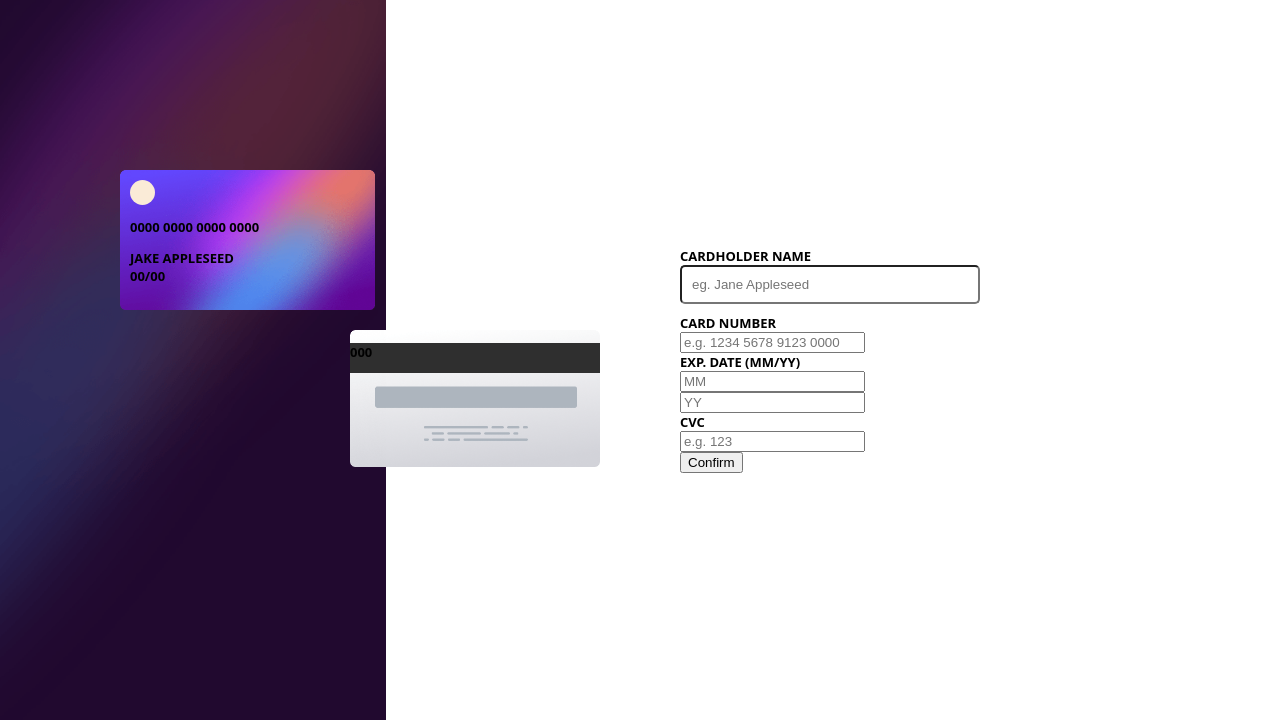
Repository: Celebration-cloud/my-project
Page: interactive-card-details-form-main/index.html
An editor plug-in stored every save of this project. The page is shown before and after the next save, followed by the edit.
The browser window is 1280 px wide. The pictures show the whole page.

Above is the page before, as saved 2023-08-23 00:52:30.

After the next save:
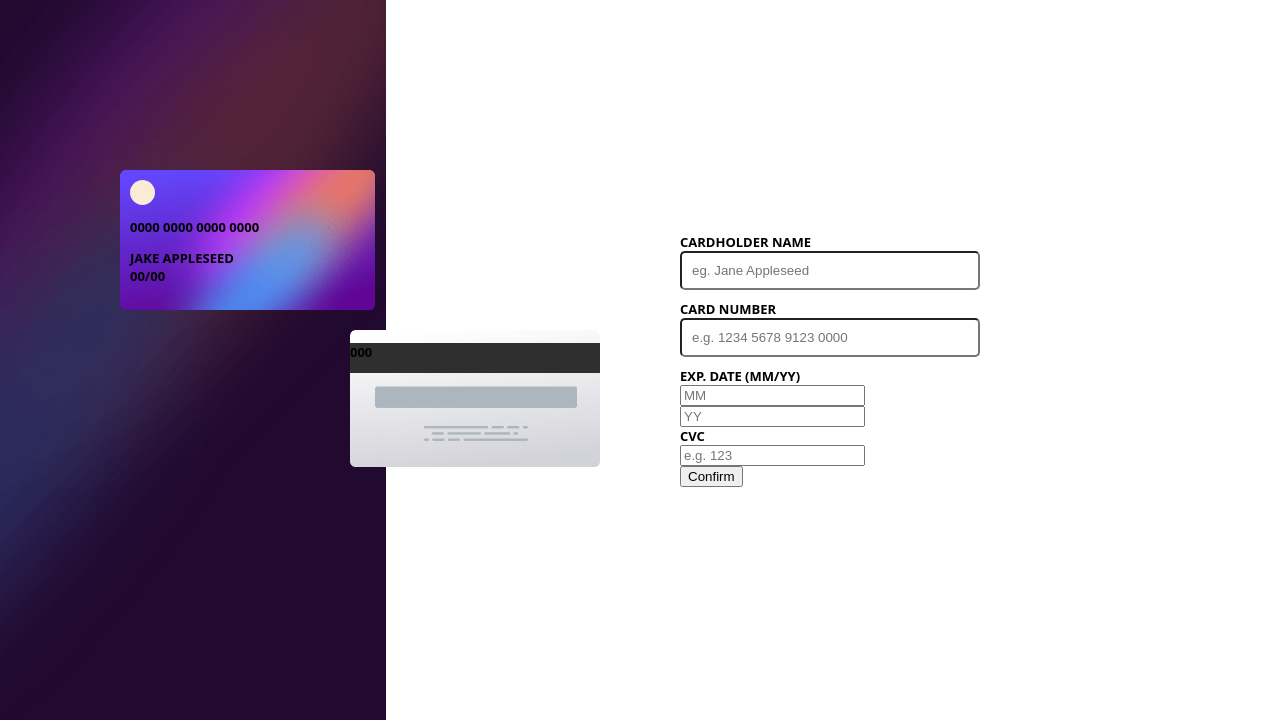
Saved 14 s later.
--- a/interactive-card-details-form-main/index.css
+++ b/interactive-card-details-form-main/index.css
@@ -78,5 +78,9 @@ body{
     margin-bottom: 10px;
 }
 #card-number-input{
-
+    box-sizing: border-box;
+    padding: 10px;
+    border-radius: 5px;
+    width: 50%;
+    margin-bottom: 10px;
 }
